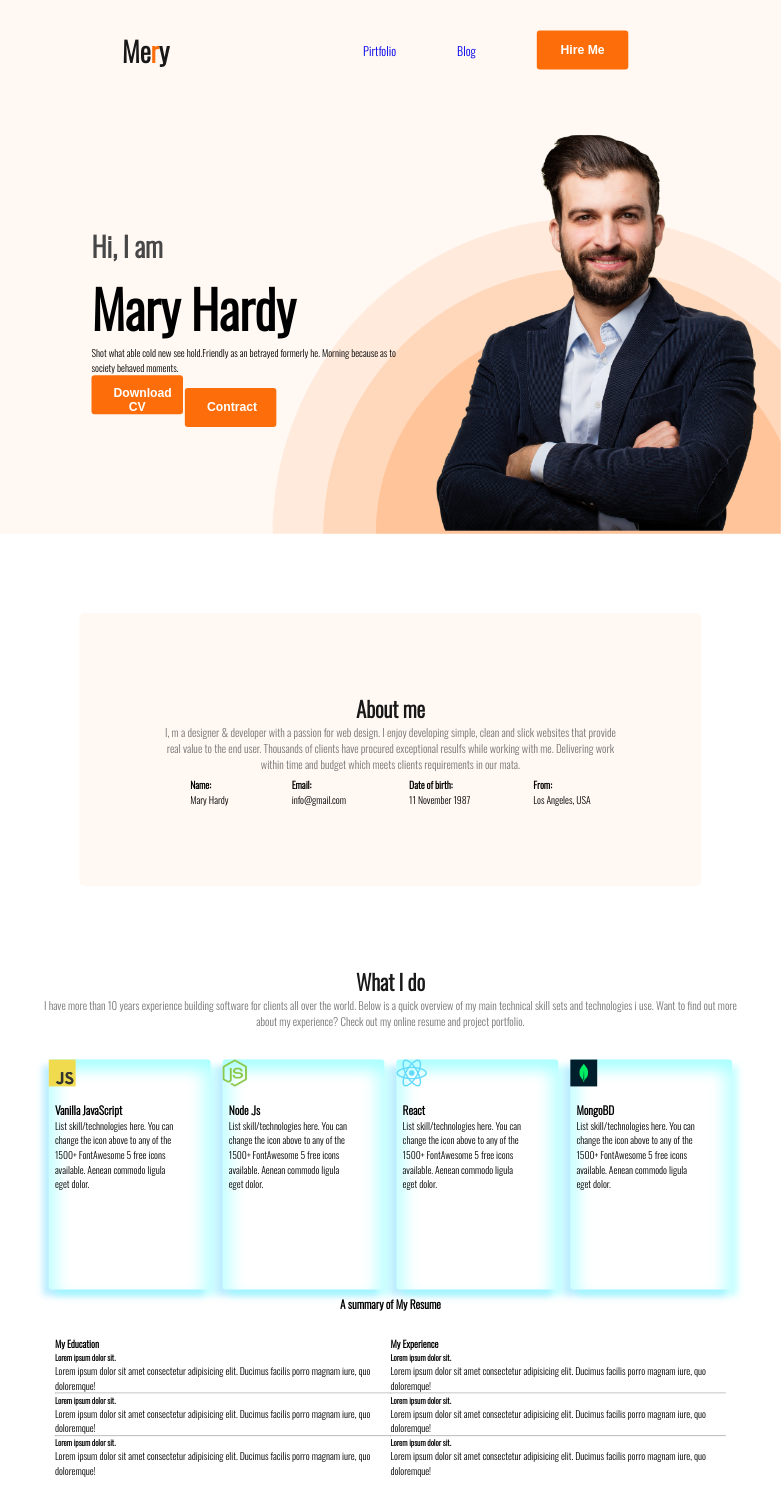
Repository: sumonkumarsarkar/my-website-personal
Page: index.html
The author's editor kept a copy of each file at every save. The page is drawn from the files as they stood at one save, then again after the next save.
The browser window is 1280 px wide. The pictures show the whole page, at 61% of full size.

Above is the page before, as saved 2024-01-06 16:38:21.

### index.html
<!DOCTYPE html>
<html lang="en">
  <head>
    <meta charset="UTF-8" />
    <meta name="viewport" content="width=device-width, initial-scale=1.0" />
    <title>My Personal Website</title>
    <link rel="preconnect" href="https://fonts.googleapis.com" />
    <link rel="preconnect" href="https://fonts.gstatic.com" crossorigin />
    <link
      href="https://fonts.googleapis.com/css2?family=Open+Sans:wght@700;800&family=Oswald:wght@300&display=swap"
      rel="stylesheet"
    />
    <link rel="stylesheet" href="./style.css" />
  </head>
  <body>
    <header class="header">
      <nav>
        <h3 class="nav-title">Me<span class="text-primary">r</span>y</h3>
        <ul>
          <li><a href="#">Pirtfolio</a></li>
          <li><a href="#">Blog</a></li>
          <li><button type="button" class="btn-button">Hire Me</button></li>
        </ul>
      </nav>

      <div class="banner">
        <div class="banner-part">
          <h3 class="banner-greeting">Hi, I am</h3>
          <h1 class="banner-title">Mary Hardy</h1>
          <p>
            Shot what able cold new see hold.Friendly as an betrayed formerly
            he. Morning because as to society behaved moments.
          </p>
          <button type="button" class="btn-button">Download CV</button>
          <button class="btn-button" type="button">Contract</button>
        </div>
        <div>
          <img class="profile-picture" src="./images/hardy.png" alt="" />
        </div>
      </div>
    </header>

    <!-- main section  -->

    <main>
      <section class="about">
        <h3 class="section-title">About me</h3>
        <p class="section-description">
          I, m a designer & developer with a passion for web design. I enjoy
          developing simple, clean and slick websites that provide real value to
          the end user. Thousands of clients have procured exceptional resulfs
          while working with me. Delivering work within time and budget which
          meets clients requirements in our mata.
        </p>

        <div class="about-info-container">
          <div class="about-info">
            <h4 class="info-titlt">Name:</h4>
            <p>Mary Hardy</p>
          </div>
          <div class="about-info">
            <h4 class="info-titlt">Email:</h4>
            <p>info@gmail.com</p>
          </div>
          <div class="about-info">
            <h4 class="info-titlt">Date of birth:</h4>
            <p>11 November 1987</p>
          </div>
          <div class="about-info">
            <h4 class="info-titlt">From:</h4>
            <p>Los Angeles, USA</p>
          </div>
        </div>
      </section>

      <section class="what-section">
        <h3 class="section-title">What I do</h3>
        <p class="section-description">
          I have more than 10 years experience building software for clients all
          over the world. Below is a quick overview of my main technical skill
          sets and technologies i use. Want to find out more about my
          experience? Check out my online resume and project portfolio.
        </p>

        <div class="skill-container">
          <div class="skill">
            <img src="./images/icons/js.png" alt="" />
            <div class="skill-item">
              <h3 class="skill-title">Vanilla JavaScript</h3>
              <p class="skill-description">
                List skill/technologies here. You can change the icon above to
                any of the 1500+ FontAwesome 5 free icons available. Aenean
                commodo ligula eget dolor.
              </p>
            </div>
          </div>
          <div class="skill">
            <img src="./images/icons/nodejs.png" alt="" />
            <div class="skill-item">
              <h3 class="skill-title">Node .Js</h3>
              <p class="skill-description">
                List skill/technologies here. You can change the icon above to
                any of the 1500+ FontAwesome 5 free icons available. Aenean
                commodo ligula eget dolor.
              </p>
            </div>
          </div>
          <div class="skill">
            <img src="./images/icons/react.png" alt="" />
            <div class="skill-item">
              <h3 class="skill-title">React</h3>
              <p class="skill-description">
                List skill/technologies here. You can change the icon above to
                any of the 1500+ FontAwesome 5 free icons available. Aenean
                commodo ligula eget dolor.
              </p>
            </div>
          </div>
          <div class="skill">
            <img src="./images/icons/mongo.png" alt="" />
            <div class="skill-item">
              <h3 class="skill-title">MongoBD</h3>
              <p class="skill-description">
                List skill/technologies here. You can change the icon above to
                any of the 1500+ FontAwesome 5 free icons available. Aenean
                commodo ligula eget dolor.
              </p>
            </div>
          </div>
        </div>


     <!-- summary section start  -->
     <section class="section-resume">
      <h3 class="summary-title">A summary of My Resume</h3>
      <div class="summary-section">

          <div class="education-item">
          <h4 class="education-title">My Education</h4>
          <div class="education-details">
          <h5>Lorem ipsum dolor sit.</h5>
          <P>Lorem ipsum dolor sit amet consectetur adipisicing elit. Ducimus facilis porro magnam iure, quo doloremque!</P>
          </div><hr>
          <div class="education-details">
          <h5>Lorem ipsum dolor sit.</h5>
          <P>Lorem ipsum dolor sit amet consectetur adipisicing elit. Ducimus facilis porro magnam iure, quo doloremque!</P>
          </div><hr>
          <div class="education-details">
          <h5>Lorem ipsum dolor sit.</h5>
          <P>Lorem ipsum dolor sit amet consectetur adipisicing elit. Ducimus facilis porro magnam iure, quo doloremque!</P>
          </div>

         </div>

          <!-- Education end  -->

         <div class="experence-item">
          <h4 class="experence">My Experience</h4>

          <div class="education-details">
            <h5>Lorem ipsum dolor sit.</h5>
            <P>Lorem ipsum dolor sit amet consectetur adipisicing elit. Ducimus facilis porro magnam iure, quo doloremque!</P>
            </div><hr>
          <div class="education-details">
            <h5>Lorem ipsum dolor sit.</h5>
            <P>Lorem ipsum dolor sit amet consectetur adipisicing elit. Ducimus facilis porro magnam iure, quo doloremque!</P>
            </div><hr>
          <div class="education-details">
            <h5>Lorem ipsum dolor sit.</h5>
            <P>Lorem ipsum dolor sit amet consectetur adipisicing elit. Ducimus facilis porro magnam iure, quo doloremque!</P>
            </div>
         </div>
      </div>
<!-- Education  start  -->


     </section>


    </div>




     <!-- summary section end  -->


      </section>
    </main>
  </body>
</html>

### style.css
* {
  margin: 0;
  padding: 0;
}
body {
  font-family: "Open Sans", sans-serif;
  font-family: "Oswald", sans-serif;
}
nav {
  display: flex;
  align-items: center;
  justify-content: space-between;
  margin: 0 200px;
}

.nav-title {
  font-size: 45px;
  color: #181818;
  line-height: normal;
  font-weight: 800;
}
.text-primary {
  color: #fd6e0a;
}
nav ul {
  display: flex;
  align-items: center;
}
nav a {
  text-decoration: none;
}
nav li {
  list-style: none;
  margin: 50px;
  font-size: 20px;
  color: #474747;
  text-align: center;
}

.section-title {
    color:#181818;
    text-align: center;
    font-size: 35px;
    font-weight: 700;
}
.section-description{
    color:#757575;
    text-align: center;
    font-size: 18px;

}

.btn-button {
  height: 64px;
  width: 150px;
  color: #ffff;
  background: #fd6e0a;
  border-radius: 5px;
  font-size: 20px;
  border: 0;
  font-weight: 700;
  padding: 18px 36px;
}

.header {
  background: #fff8f3;
  background-image: url(./images/header_bg.png);
  background-repeat: no-repeat;
  background-position: bottom right;
}
.banner {
  padding: 30px 30px 0 150px;
  display: flex;
  align-items: center;
  justify-content: space-between;
}
.banner-part {
  max-width: 500px;
}
.banner .profile-picture {
  height: 676px;
  width: 584px;
}
.banner-greeting {
  font-size: 45px;
  color: #474747;
  margin-bottom: 5px;
}
.banner-title {
  font-size: 85px;
  font-weight: 700;
  margin-top: 5px;
}

/* main section   */

main{
    max-width: 1140;
    margin: 0 auto;
}

/* about section  */
.about {
  padding: 130px;
  border-radius:10px;
  background: #fff8f3;
  margin:130px ;
}
.about-info-container{
    display: flex;
    justify-content:space-around;
    margin-top: 10px;
}
.about-info-container h4{
    margin: 0 auto;
}

.what-section{
    max-width: 1140px;
    margin: 0 auto;
}
.skill-container{
    display:flex;
    margin-top:40px;

}
.skill{
    height: 377px;
    width: 267px;
    background: #FFFFFF;
    border-radius: 5px;
    margin: 10px;
    box-shadow:10px 10px 10px rgba(122, 333, 455, .4),
          -10px 10px 10px rgba(122, 220, 300, .5),
          inset 15px 15px 22px rgba(122, 333, 455, .4),
          inset -15px 15px 22px rgba(122, 333, 455, .4);
}
.kill img{
    height:40px;
    width: 40px;
    margin-top:50px;
    padding: 10px;
}
.kill img{

    margin-top:10px;
    padding: 10px;
}
.skill .skill-item{
    width: 204px;
    height: 243px;
    margin-top: 10px;
    padding: 10px;
}


/* summary section start  */
.section-resume{
    max-width: 1140px;
    mar10px
}
.summary-title{
    text-align: center;
    margin-bottom: 20px;
}
.summary-section{
    display: flex;
}




/* summary section end */



.summary-section{
    display:flex;
    padding: 20px;

}

After the next save:
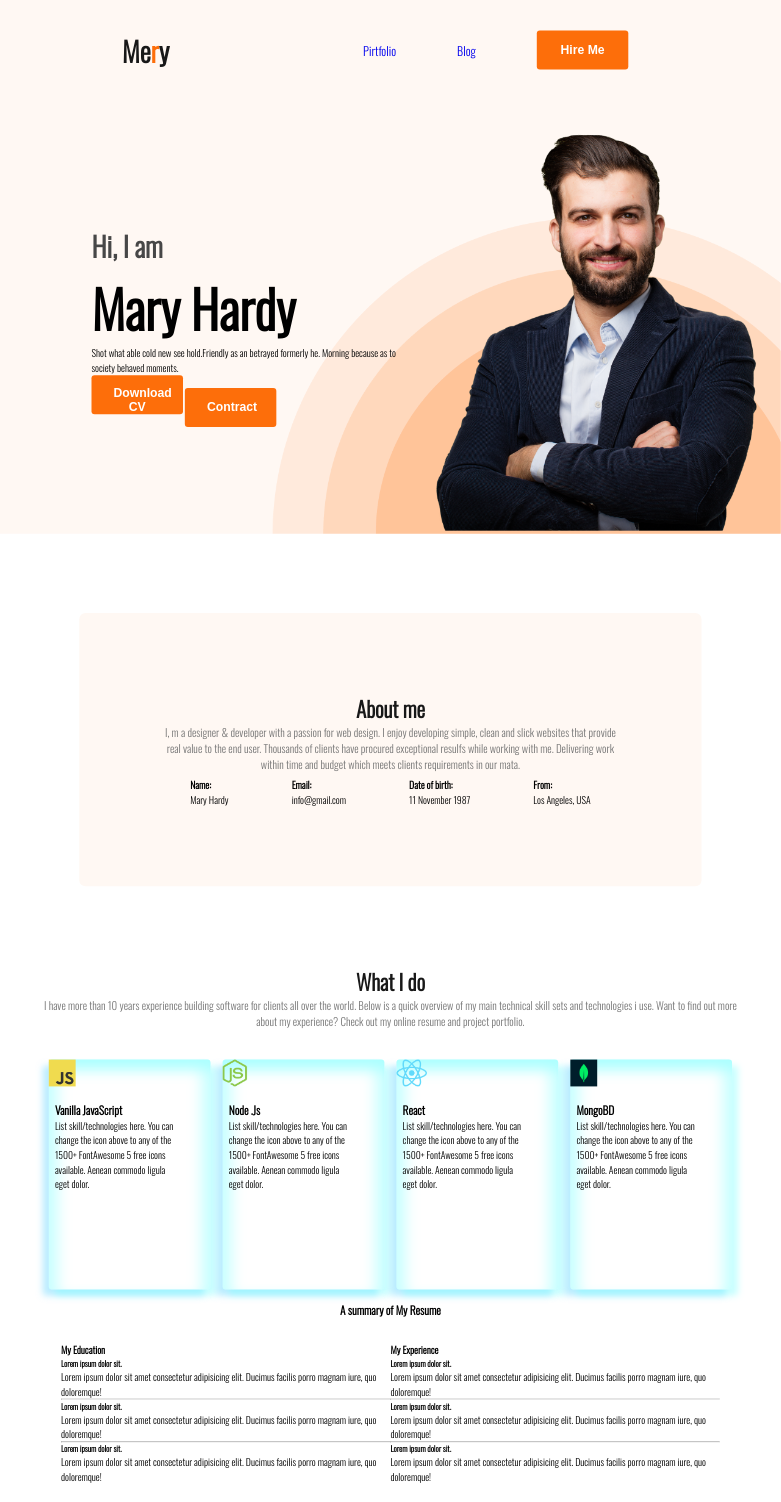
Saved 13 s later.
--- a/style.css
+++ b/style.css
@@ -157,7 +157,7 @@
 /* summary section start  */
 .section-resume{
     max-width: 1140px;
-    mar10px
+    margin: 10px;
 }
 .summary-title{
     text-align: center;

After the save that followed:
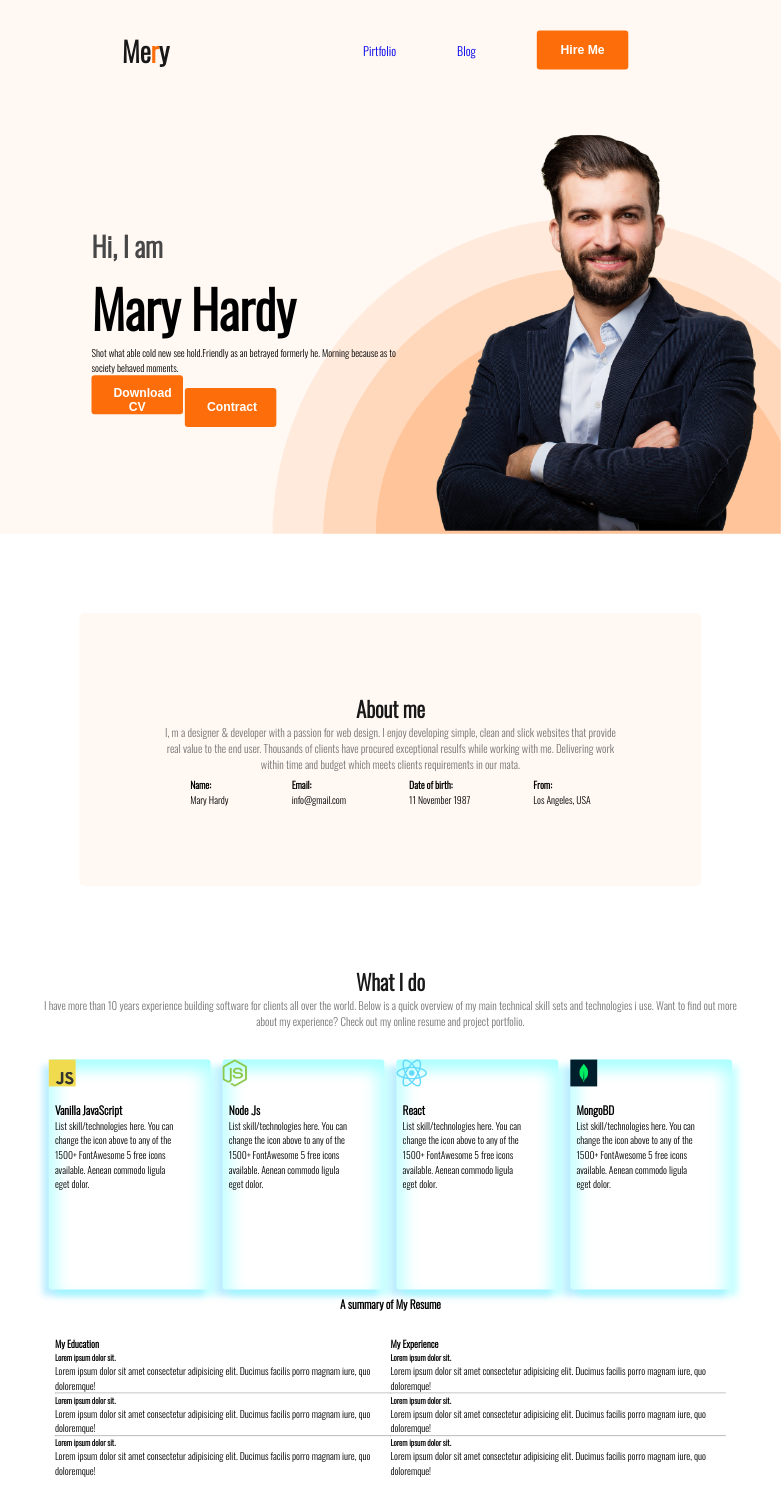
Saved 26 s later.
--- a/style.css
+++ b/style.css
@@ -157,14 +157,14 @@
 /* summary section start  */
 .section-resume{
     max-width: 1140px;
-    margin: 10px;
+
 }
 .summary-title{
     text-align: center;
-    margin-bottom: 20px;
+    margin-bottom:20px;
 }
 .summary-section{
-    display: flex;
+    display:flex;
 }
 
 
